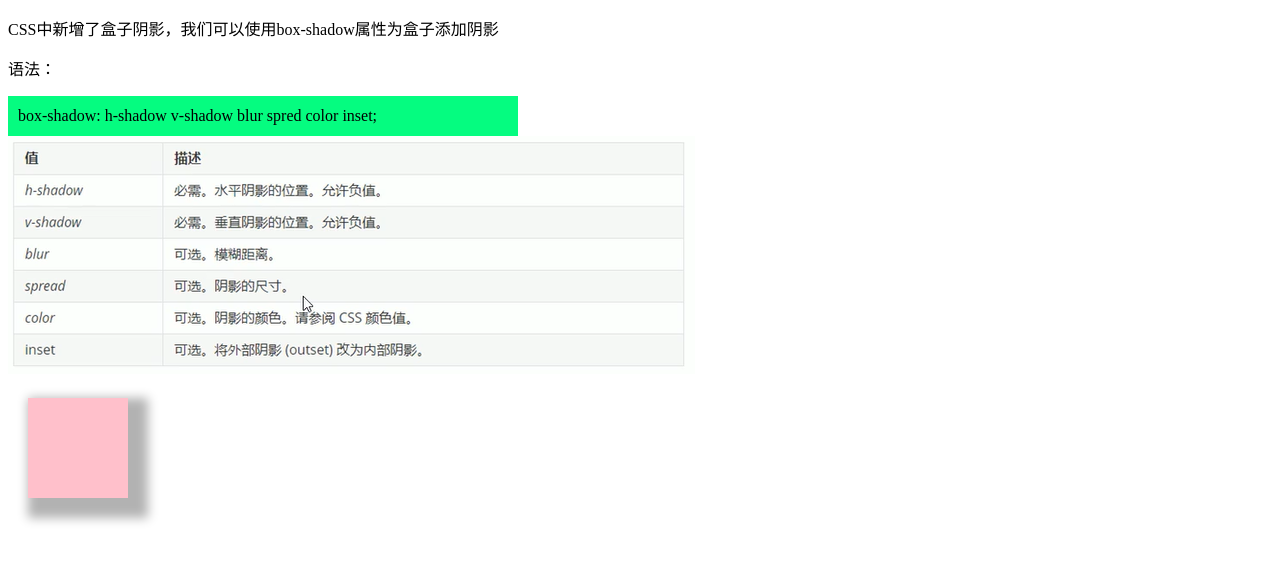
Repository: zhengdeya/web-based
Page: 34-盒子阴影.html
The author's editor kept a copy of each file at every save. The page is drawn from the files as they stood at one save, then again after the next save.
The browser window is 1280 px wide. The pictures show the whole page.

Above is the page before, as saved 2021-04-11 15:52:30.

After the next save:
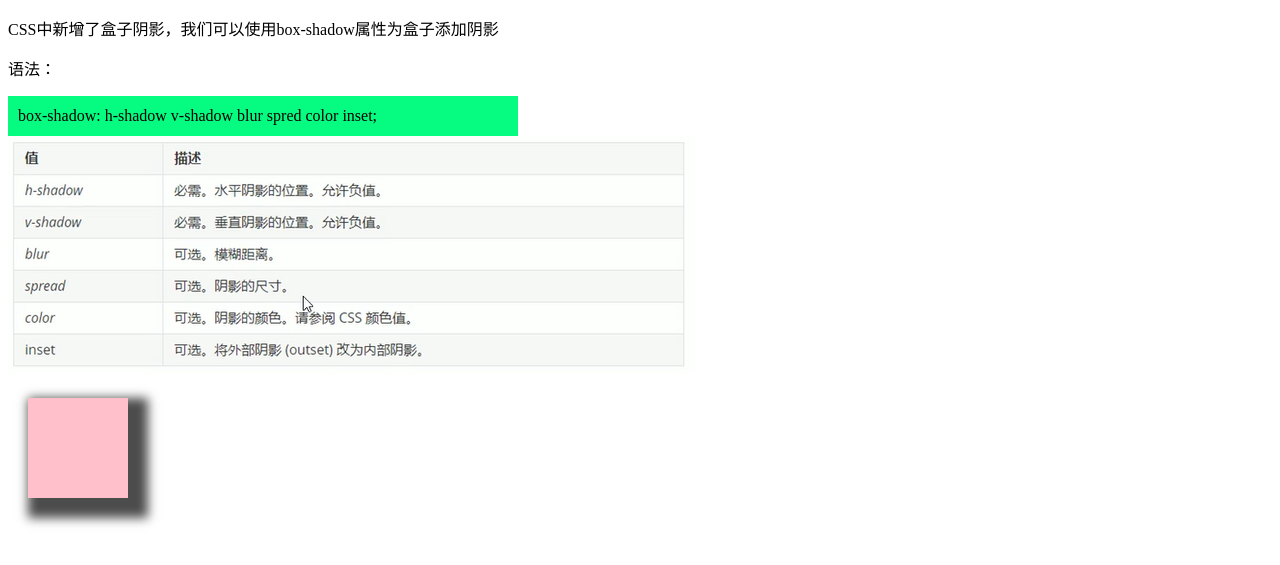
Saved 8 s later.
--- a/34-盒子阴影.html
+++ b/34-盒子阴影.html
@@ -23,7 +23,7 @@
         }
 
         .shadow1 {
-            box-shadow: 10px 10px 10px 10px rgba(0, 0, 0, 0.3);
+            box-shadow: 10px 10px 10px 10px rgba(0, 0, 0, 0.7);
         }
     </style>
 </head>

After the save that followed:
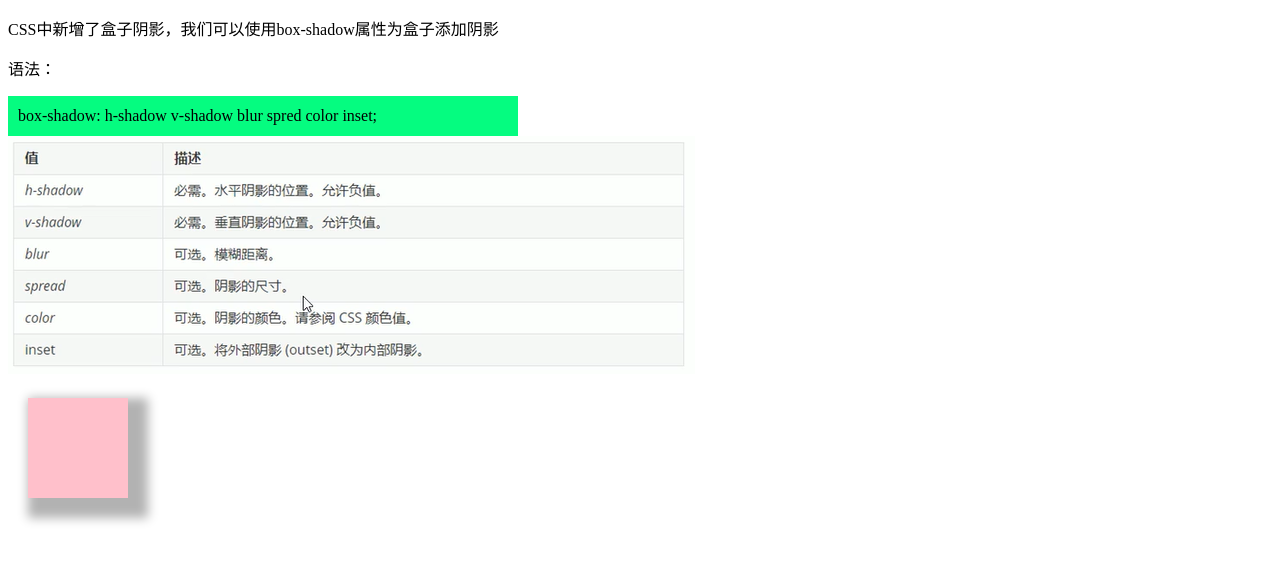
Saved 4 s later.
--- a/34-盒子阴影.html
+++ b/34-盒子阴影.html
@@ -23,7 +23,7 @@
         }
 
         .shadow1 {
-            box-shadow: 10px 10px 10px 10px rgba(0, 0, 0, 0.7);
+            box-shadow: 10px 10px 10px 10px rgba(0, 0, 0, 0.3);
         }
     </style>
 </head>
